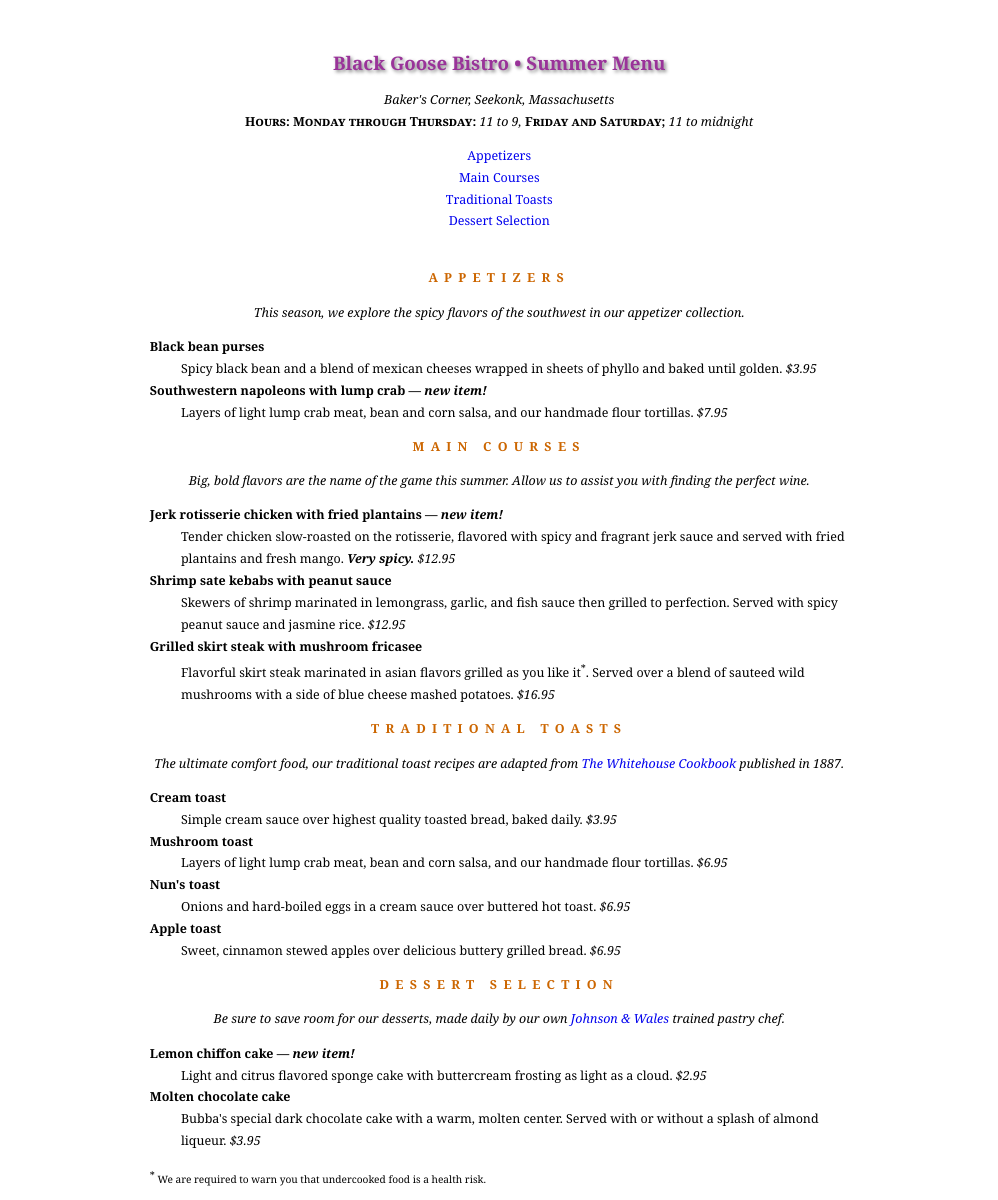
Repository: Lithium87/WebDesign
Page: Bistro/bistro.html
These files come from the project's save history. The page is drawn as it stood at one moment and after the next save; the edit follows.
The browser window is 1280 px wide. The pictures show the whole page, at 78% of full size.
Some web fonts or font styles are not loaded; a fallback is used.

Above is the page before, as saved 2020-04-14 12:23:16.

After the next save:
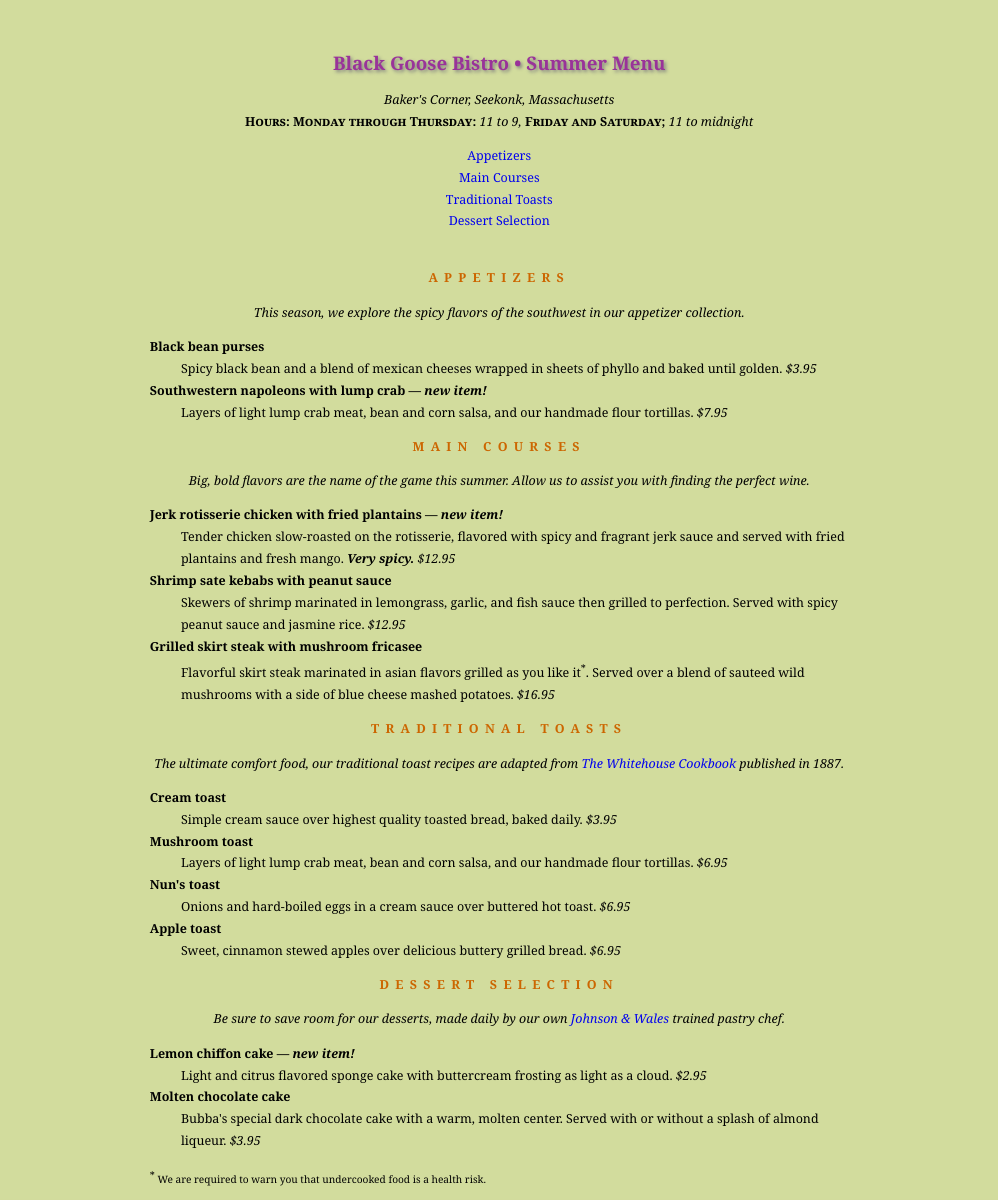
Saved 68 s later.
--- a/Bistro/bistro.html
+++ b/Bistro/bistro.html
@@ -11,6 +11,7 @@
             font-size: 100%;
             line-height: 175%;
             margin: 0 15% 0;
+            background-color: #d2dc9d;
         }
 
         #header {
